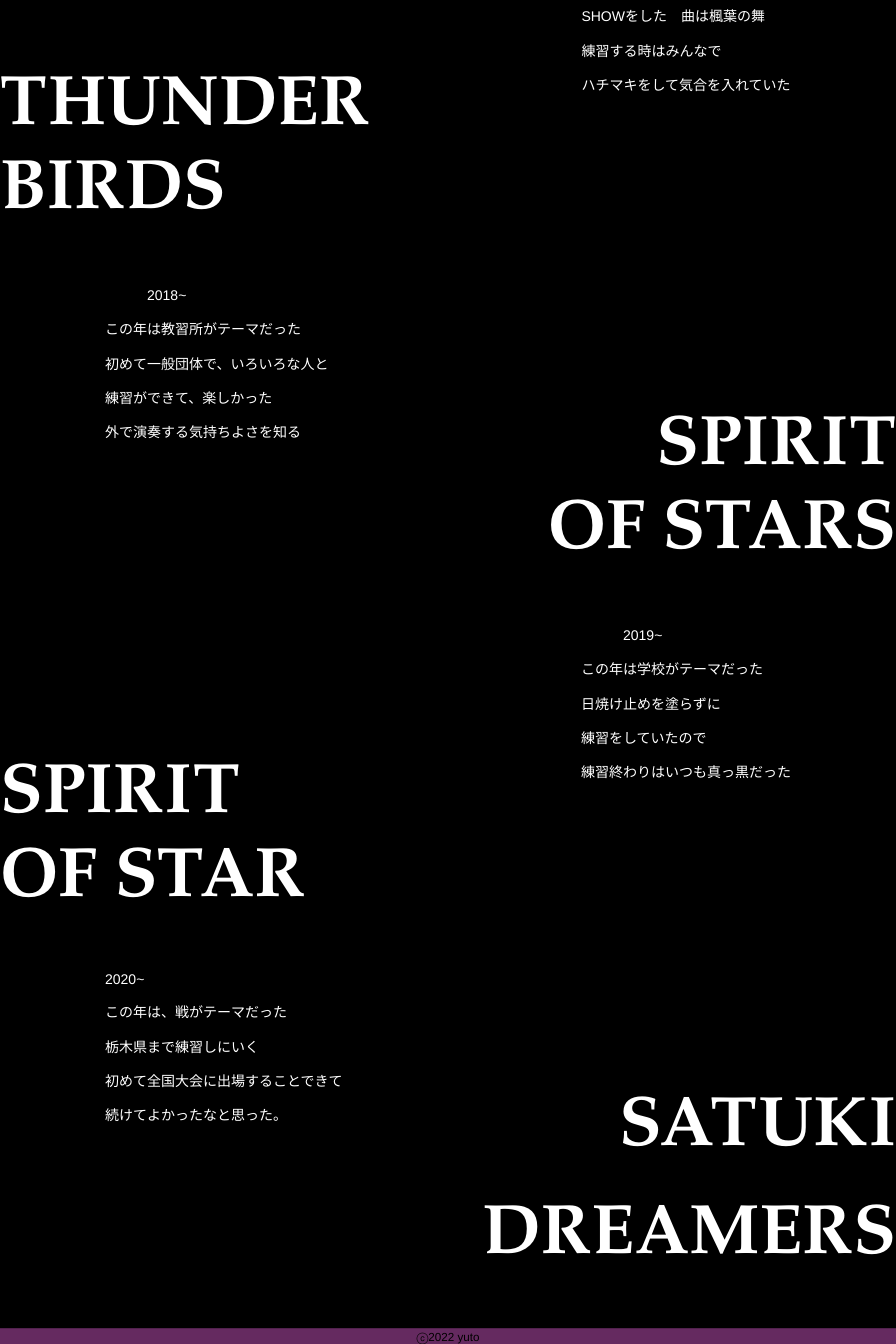
Repository: yutosoma/profile
Page: yuto/marching.html
The author's editor kept a record of every edit. The page is drawn from the files as they stood at one moment, then again after the next edit.
The browser window is 1280 px wide. The pictures show the part of the page from y = 1939 to 3859 px (the page is 3859 px tall), at 70% of full size.

Above is the page before.
Console error: TypeError: Cannot read properties of null (reading 'addEventListener')

After the next edit:
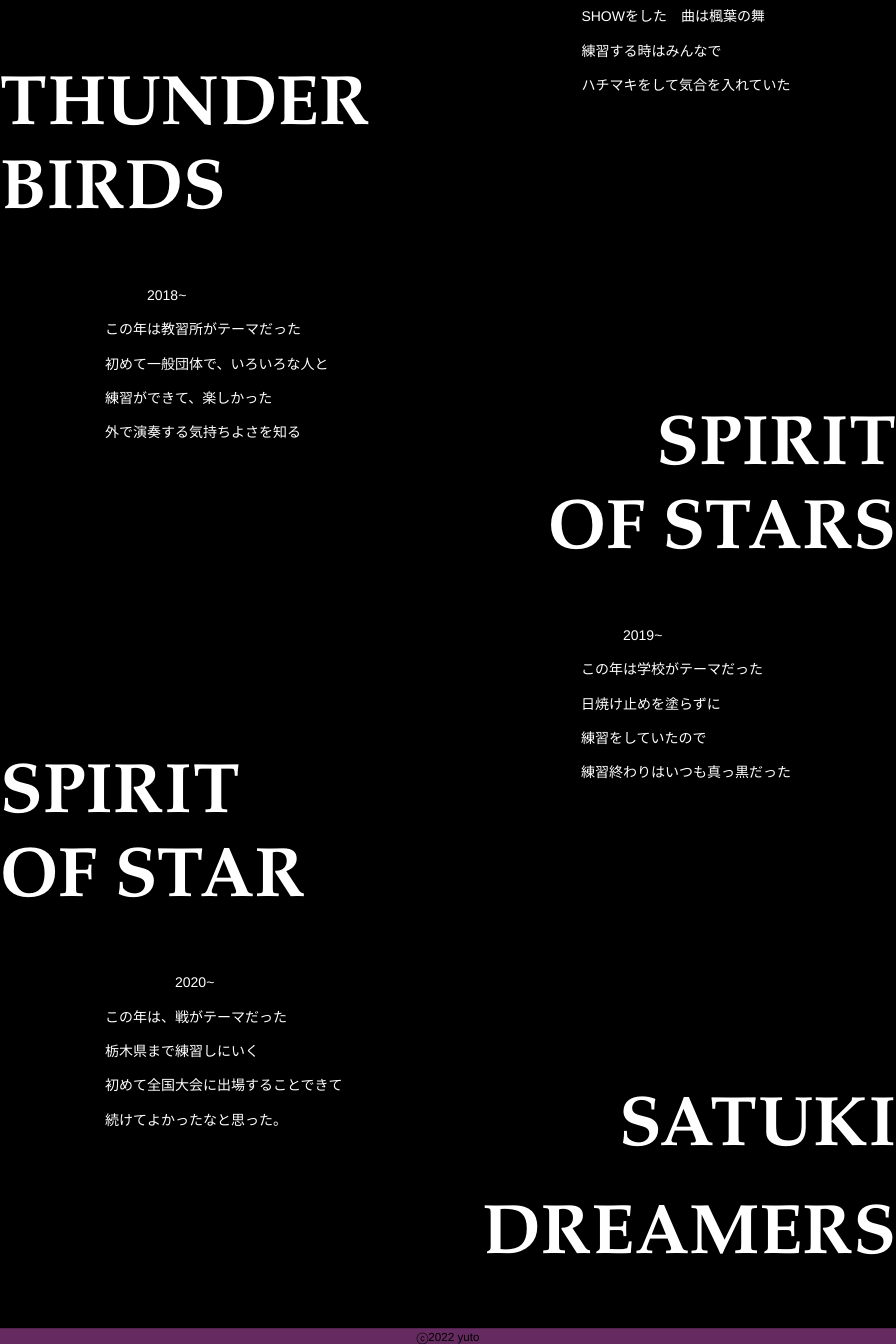
The edit:
--- a/yuto/marching.html
+++ b/yuto/marching.html
@@ -69,7 +69,7 @@
    <h3 class="left">SPIRIT<span class="br"></span> OF STAR</h3>
    <div class ="top-container-right">
          <div class="explanation-right">
-          <P>2020~</P>
+          <P>　　　　　2020~</P>
           <P>この年は、戦がテーマだった</P>
           <P>栃木県まで練習しにいく</P>
           <P>初めて全国大会に出場することできて</P>
